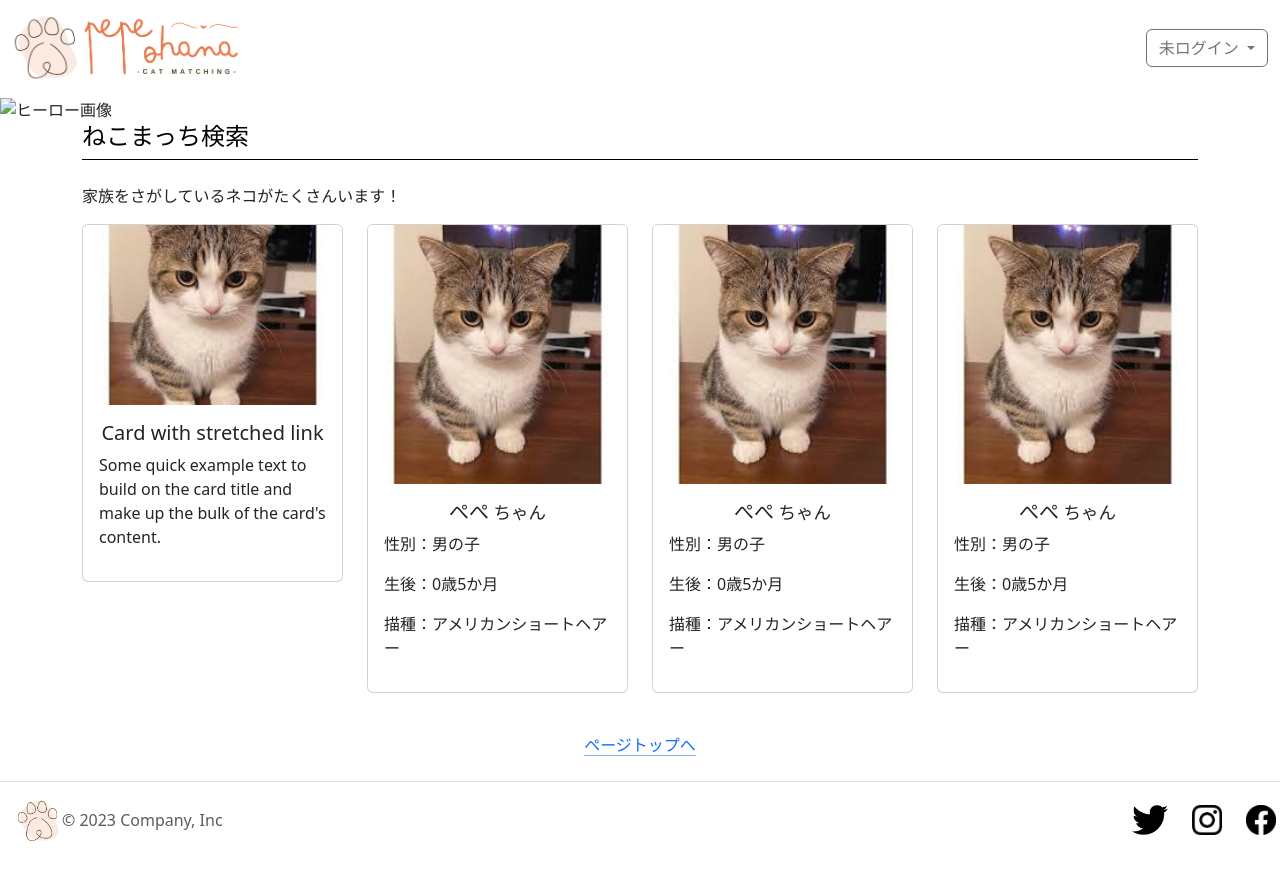
Repository: sakuwell/pepe
Page: http://localhost/PepeOhana/top.jsp
These files come from the project's save history. The page is drawn as it stood at one moment and after the next save; the edit follows.
The browser window is 1280 px wide. The pictures show the whole page.
The page is served by Tomcat 9. Other server files are loaded and not shown.

Above is the page before, as saved 2023-09-06 01:45:03.

### ExWorkSpace/PepeOhana/src/main/webapp/top.jsp
<%@ page language="java" contentType="text/html; charset=UTF-8"
    pageEncoding="UTF-8"%>
<%@ page import="model.UsersInfoDto" %>

<!DOCTYPE html>
<html lang="ja">
<head>
    <meta charset="UTF-8">
    <meta name="viewport" content="width=device-width, initial-scale=1.0">
    <!-- Bootstrap CSS -->
    <link href="https://cdn.jsdelivr.net/npm/bootstrap@5.3.0/dist/css/bootstrap.min.css" rel="stylesheet" integrity="sha384-9ndCyUaIbzAi2FUVXJi0CjmCapSmO7SnpJef0486qhLnuZ2cdeRhO02iuK6FUUVM" crossorigin="anonymous">
    <script src="https://cdn.jsdelivr.net/npm/bootstrap@5.3.0/dist/js/bootstrap.bundle.min.js" integrity="sha384-geWF76RCwLtnZ8qwWowPQNguL3RmwHVBC9FhGdlKrxdiJJigb/j/68SIy3Te4Bkz" crossorigin="anonymous"></script>
    <title>Top | pepeohana</title>
</head>

<%
    // セッションを取得
	UsersInfoDto userInfoOnSession = (UsersInfoDto)session.getAttribute("LOGIN_INFO");
	boolean isLoggedIn = false;
	String userName = "";
	//HttpSession mysession = request.getSession(true);

    // セッションが存在し、username属性もセットされている場合はログイン済み
    if (userInfoOnSession != null) {
		userName = userInfoOnSession.getUserName();
        isLoggedIn = true;
    }
%>

<body>
	<% if (isLoggedIn) { %>
    <!-- ログイン済ヘッダー -->
    <nav class="navbar navbar-expand-lg navbar-light bg-white">
        <div class="container-fluid">
            <a class="navbar-brand" href="#">
                <img src="images/pepe_ohana_logo.png" alt="ページロゴ" width="auto" height="70">
            </a>
            <div class="btn-group">
                <button type="button" class="btn btn-secondary dropdown-toggle" data-bs-toggle="dropdown" aria-expanded="false">
                    userName
                </button>
                <ul class="dropdown-menu dropdown-menu-end">
                    <li><a class="dropdown-item" href="#">マイページ</a></li>
                    <li><a class="dropdown-item" href="#">ログアウト</a></li>
                </ul>
            </div>
        </div>
    </nav>
    <!-- ログイン済ヘッダーここまで -->
    <% } else { %>
    <!-- 未ログインヘッダー -->
    <nav class="navbar navbar-expand-lg navbar-light bg-white">
        <div class="container-fluid">
          <a class="navbar-brand" href="#">
            <img src="images/pepe_ohana_logo.png" alt="ページロゴ" width="auto" height="70">
          </a>
          <div class="btn-group">
            <button type="button" class="btn btn-outline-secondary dropdown-toggle" data-bs-toggle="dropdown" aria-expanded="false">
              未ログイン
            </button>
            <ul class="dropdown-menu dropdown-menu-end">
              <li><a class="dropdown-item" href="#">ログイン</a></li>
              <li><a class="dropdown-item" href="#">新規ユーザー登録</a></li>
            </ul>
          </div>
        </div>
    </nav>
    <!-- 未ログインヘッダーここまで -->
    <% } %>


    <!-- ヒーロー画像 -->
    <img src="#" class="img-fluid" alt="ヒーロー画像">

    <!-- ここから下　ページごとの内容 -->
    <div>
        <!-- 検索フォームゾーン -->
        <div class="container">
            <div class="h4 pb-2 mb-4 text-black border-bottom border-black">
                ねこまっち検索
            </div>
                <p>家族をさがしているネコがたくさんいます！</p>
            <!-- 猫カード -->
            <div class="row">
 				<!-- カードのコンテンツ -->
               <!-- カードのコンテンツ -->
               <div class="col-6 col-md-4 col-lg-3">
                    <div class="card mb-3">
                        <img src="images/cat_1.jpg" style="height:180px; width: 100%; object-fit: cover;" class="card-img-top" alt="猫画像">
                        <div class="card-body">
                            <h5 class="card-title text-center">Card with stretched link</h5>
                            <p class="card-text text-right">Some quick example text to build on the card title and make up the bulk of the card's content.</p>
                            <div class="d-flex justify-content-center">
                                <a href="#" class="stretched-link"></a>
                            </div>
                        </div>
                    </div>
                </div>
 				<!-- カードのコンテンツ -->
                <div class="col-6 col-md-4 col-lg-3">
                    <div class="card mb-3">
                        <img src="images/ねこ_1.jpg" class="card-img-top" alt="猫画像" style="width:100%">
                        <div class="card-body">
                            <h5 class="card-title text-center">ぺぺ<small> ちゃん</small></h5>
                            <p class="card-text text-right">性別：男の子</p>
                            <p class="card-text text-right">生後：0歳5か月</p>
                            <p class="card-text text-right">描種：アメリカンショートヘアー</p>
                            <div class="d-flex justify-content-center">
                                <a href="#" class="stretched-link"></a>
                            </div>
                        </div>
                    </div>
                </div>
				<!-- カードのコンテンツ -->
                <div class="col-6 col-md-4 col-lg-3">
                    <div class="card mb-3">
                        <img src="images/ねこ_1.jpg" class="card-img-top" alt="猫画像" style="width:100%">
                        <div class="card-body">
                            <h5 class="card-title text-center">ぺぺ<small> ちゃん</small></h5>
                            <p class="card-text text-right">性別：男の子</p>
                            <p class="card-text text-right">生後：0歳5か月</p>
                            <p class="card-text text-right">描種：アメリカンショートヘアー</p>
                            <div class="d-flex justify-content-center">
                                <a href="#" class="stretched-link"></a>
                            </div>
                        </div>
                    </div>
                </div>
                <!-- カードのコンテンツ -->
                <div class="col-6 col-md-4 col-lg-3">
                    <div class="card mb-3">
                        <img src="images/ねこ_1.jpg" class="card-img-top" alt="猫画像" style="width:100%">
                        <div class="card-body">
                            <h5 class="card-title text-center">ぺぺ<small> ちゃん</small></h5>
                            <p class="card-text text-right">性別：男の子</p>
                            <p class="card-text text-right">生後：0歳5か月</p>
                            <p class="card-text text-right">描種：アメリカンショートヘアー</p>
                            <div class="d-flex justify-content-center">
                                <a href="#" class="stretched-link"></a>
                            </div>
                        </div>
                    </div>
                </div>
            </div>
        </div>
    </div>
    <!-- ここまで　ページごとの内容 -->

    <!-- フッター -->
    <div class="text-center mt-4">
        <a class="icon-link icon-link-hover" href="#">
            ページトップへ
        </a>
    </div>
    <footer class="d-flex flex-wrap justify-content-between align-items-center py-3 my-4 border-top">
        <div class="col-md-4 d-flex align-items-center ms-3">
        	<a><img alt="ロゴ画像" src="images/nikukyu_logo.png" width="auto" height="45"></a>
          	<span class="mb-3 mb-md-0 text-body-secondary">© 2023 Company, Inc</span>
        </div>

        <ul class="nav col-md-4 justify-content-end list-unstyled d-flex me-1">
            <li><a href="#"><img src=images/twitter_logo.png width="auto" height="30"></a></li>
            <li class="ms-4"><a href="#"><img src=images/insta_logo.png width="auto" height="30"></a></li>
            <li class="ms-4"><a href="#"><img src=images/facebook_logo.png width="auto" height="30"></a></li>
        </ul>
    </footer>
    <!-- フッター　ここまで -->

</body>
</html>

After the next save:
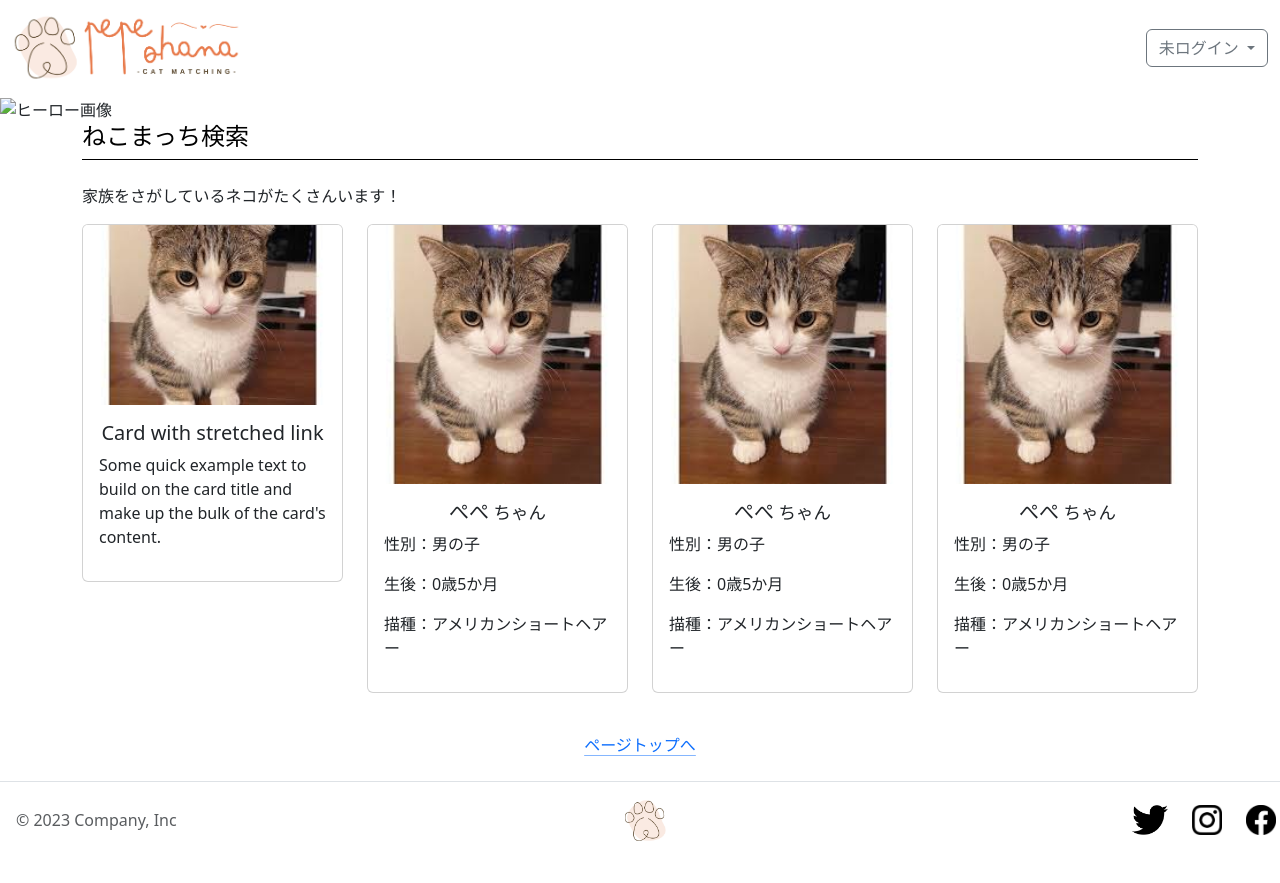
Saved 40 s later.
--- a/ExWorkSpace/PepeOhana/src/main/webapp/top.jsp
+++ b/ExWorkSpace/PepeOhana/src/main/webapp/top.jsp
@@ -154,10 +154,11 @@
     </div>
     <footer class="d-flex flex-wrap justify-content-between align-items-center py-3 my-4 border-top">
         <div class="col-md-4 d-flex align-items-center ms-3">
-        	<a><img alt="ロゴ画像" src="images/nikukyu_logo.png" width="auto" height="45"></a>
           	<span class="mb-3 mb-md-0 text-body-secondary">© 2023 Company, Inc</span>
         </div>
-
+        <div>
+        	<a><img alt="ロゴ画像" src="images/nikukyu_logo.png" width="auto" height="45"></a>
+   		</div>
         <ul class="nav col-md-4 justify-content-end list-unstyled d-flex me-1">
             <li><a href="#"><img src=images/twitter_logo.png width="auto" height="30"></a></li>
             <li class="ms-4"><a href="#"><img src=images/insta_logo.png width="auto" height="30"></a></li>
